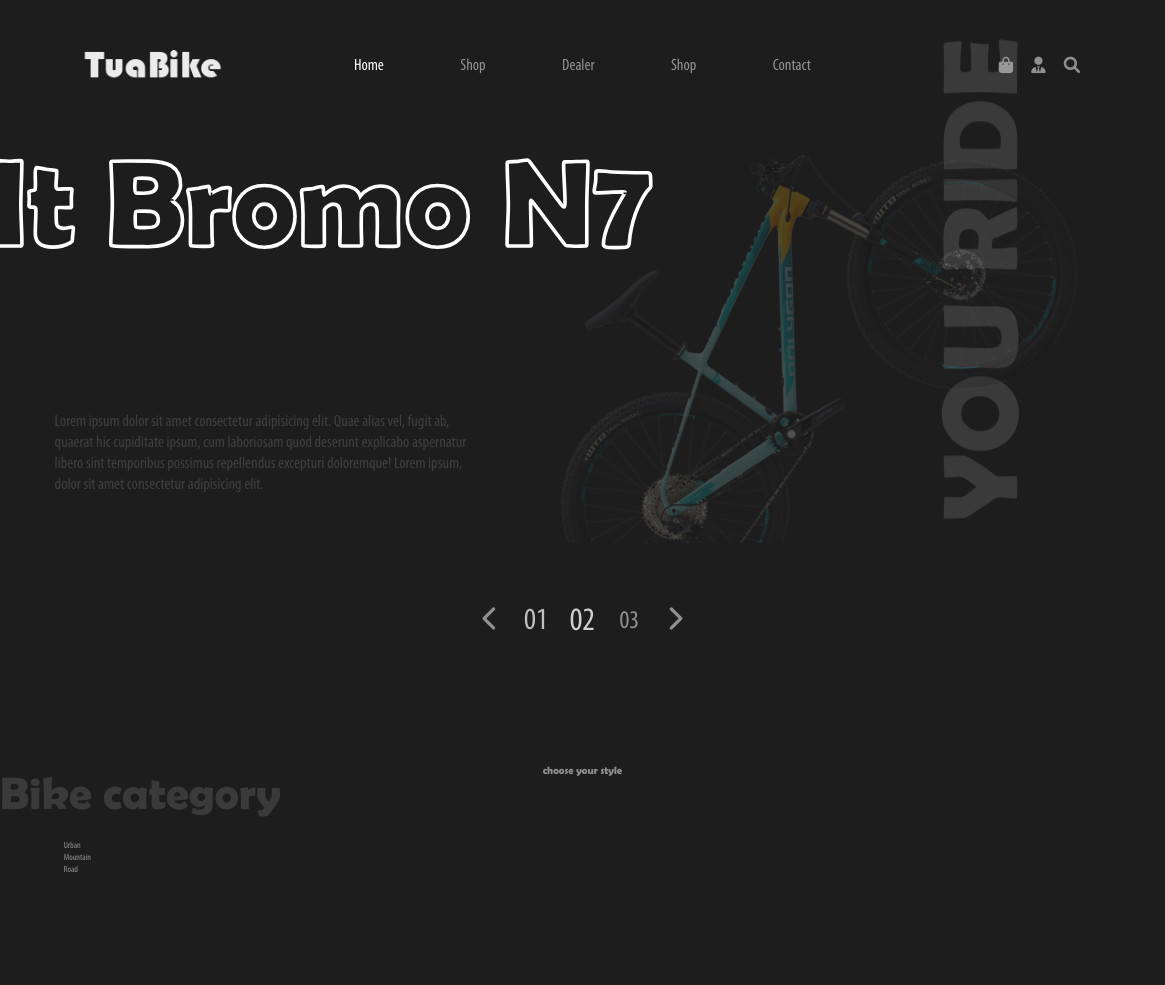
Repository: phamhuuloc/TourBike
Page: index.html
The author's editor kept a copy of each file at every save. The page is drawn from the files as they stood at one save, then again after a run of saves.
The browser window is 1280 px wide. The pictures show the whole page, at 91% of full size.

Above is the page before, as saved 2021-11-06 09:44:19.

### index.html
<!DOCTYPE html>
<html lang="en">
  <head>
    <meta charset="UTF-8" />
    <meta http-equiv="X-UA-Compatible" content="IE=edge" />
    <meta name="viewport" content="width=device-width, initial-scale=1.0" />
    <title>Tour Bike</title>
    <!--  font awesome -->
    <link
      rel="stylesheet"
      href="https://cdnjs.cloudflare.com/ajax/libs/font-awesome/6.0.0-beta2/css/all.min.css"
      integrity="sha512-YWzhKL2whUzgiheMoBFwW8CKV4qpHQAEuvilg9FAn5VJUDwKZZxkJNuGM4XkWuk94WCrrwslk8yWNGmY1EduTA=="
      crossorigin="anonymous"
      referrerpolicy="no-referrer"
    />
    <!-- css -->
    <link rel="stylesheet" href="" />
    <link rel="stylesheet" href="./assets/css/main.css" />
  </head>
  <body>
    <!-- Header -->
    <header>
      <!-- logo -->
      <a href="" class="logo">
        <img src="./assets/images/TuaBike.png" alt="" />
      </a>
      <!-- menu -->
      <div class="main-menu-wrapper">
        <ul class="main-menu">
          <li class=""><a href="" class="active">home</a></li>
          <li><a href="">shop</a></li>
          <li><a href="">dealer</a></li>
          <li><a href="">shop</a></li>
          <li><a href="">contact</a></li>
        </ul>
      </div>
      <ul class="user-menu">
        <li>
          <a href="#"><i class="fas fa-shopping-bag"></i></a>
        </li>
        <li>
          <a href="#"><i class="fas fa-user-tie"></i></a>
        </li>
        <li>
          <a href=""><i class="fas fa-search"></i></a>
        </li>
      </ul>
    </header>
    <!-- banner -->
    <section class="banner">
      <div class="slide-container" id="slide">
        <!-- slide item -->
        <div class="slide-item">
          <!-- heading -->
          <div class="slide-heading">
            <!-- title -->
            <h2 class="slide-title">Polygon siskiu</h2>
            <!-- desc -->
            <p class="slide-desc">
              Lorem ipsum dolor sit amet consectetur adipisicing elit. Quae
              alias vel, fugit ab, quaerat hic cupiditate ipsum, cum laboriosam
              quod deserunt explicabo aspernatur libero sint temporibus possimus
              repellendus excepturi doloremque! Lorem ipsum, dolor sit amet
              consectetur adipisicing elit.
            </p>
            <!-- btn -->
            <div class="slide-btn">
              <a href="" class="slide-btn-link">By now</a>
            </div>
          </div>
          <!-- img -->
          <div class="slide-img">
            <img src="./assets/images/MTBROMO_N7_2022.png" alt="" />
          </div>
        </div>
        <!-- slide item -->
        <div class="slide-item">
          <!-- heading -->
          <div class="slide-heading">
            <!-- title -->
            <h2 class="slide-title">mt bromo n7</h2>
            <!-- desc -->
            <p class="slide-desc">
              Lorem ipsum dolor sit amet consectetur adipisicing elit. Quae
              alias vel, fugit ab, quaerat hic cupiditate ipsum, cum laboriosam
              quod deserunt explicabo aspernatur libero sint temporibus possimus
              repellendus excepturi doloremque! Lorem ipsum, dolor sit amet
              consectetur adipisicing elit.
            </p>
            <!-- btn -->
            <div class="slide-btn">
              <a href="" class="slide-btn-link">By now</a>
            </div>
          </div>
          <!-- img -->
          <div class="slide-img">
            <img src="./assets/images/6489548.png" alt="" />
          </div>
        </div>
        <!-- slide item -->
        <div class="slide-item">
          <!-- heading -->
          <div class="slide-heading">
            <!-- title -->
            <h2 class="slide-title">cascade mount</h2>
            <!-- desc -->
            <p class="slide-desc">
              Lorem ipsum dolor sit amet consectetur adipisicing elit. Quae
              alias vel, fugit ab, quaerat hic cupiditate ipsum, cum laboriosam
              quod deserunt explicabo aspernatur libero sint temporibus possimus
              repellendus excepturi doloremque! Lorem ipsum, dolor sit amet
              consectetur adipisicing elit.
            </p>
            <!-- btn -->
            <div class="slide-btn">
              <a href="" class="slide-btn-link">By now</a>
            </div>
          </div>
          <!-- img -->
          <div class="slide-img">
            <img src="./assets/images/b1.png" alt="" />
          </div>
        </div>
        <!-- background tittle -->
        <div class="slide-txt">you ride</div>
        <!-- slide control -->
        <ul class="slide-control">
          <li class="slide-prev"><i class="fas fa-chevron-left"></i></li>
          <li class="slide-control-item active">01</li>
          <li class="slide-control-item">02</li>
          <li class="slide-control-item">03</li>
          <li class="slide-next"><i class="fas fa-chevron-right"></i></li>
        </ul>
      </div>
    </section>
    <!-- category section -->
    <section class="section">
      <div class="section-title">
        <h3 class="second-title">Bike category</h3>
        <h3 class="main-title">choose your style</h3>
      </div>
      <div class="section-container">
        <div class="row">
          <div class="col-4">
            <div class="category-img">
              <div
                class="category-img-inner"
                style="
                  background-image: url(./assets/images/alvan-nee-EHILKZNmTuA-unsplash.jpg);
                "
              ></div>
              <div class="category-title">Urban</div>
            </div>
          </div>
          <div class="col-4">
            <div class="category-img">
              <div
                class="category-img-inner"
                style="
                  background-image: url(./assets/images/eberhard-grossgasteiger-8lDkmXnKo7s-unsplash.jpg);
                "
              ></div>
              <div class="category-title">Mountain</div>
            </div>
          </div>
          <div class="col-4">
            <div class="category-img">
              <div
                class="category-img-inner"
                style="
                  background-image: url(./assets/images/tom-austin-3L76b-LMyeI-unsplash.jpg);
                "
              ></div>
              <div class="category-title">Road</div>
            </div>
          </div>
        </div>
      </div>
    </section>
    <script src="./assets/js/main.js"></script>
  </body>
</html>

### assets/css/main.css
@font-face {
  font-family: MyriadProCondensed;
  src: url(../fonts/MyriadProCondensed/MyriadProCondensed.ttf);
}
@font-face {
  font-family: BerlinSansFBDemiBold;
  src: url(../fonts/BerlinSansFBDemiBold/BerlinSansFBDemiBold.ttf);
}
:root {
  --main-color: #1d1d1d;
  --second-color: #3a3a3a;
  --text-color: #bbbb;
  --text-white: #fff;

  --header-height: 144px;
  --header-padding: 93px;
}
* {
  padding: 0;
  margin: 0;
  box-sizing: border-box;
  user-select: none;
}
html {
  font-size: 62.5%;
  scroll-behavior: smooth;
}
ul {
  list-style: none;
}
a {
  text-decoration: none;
  color: var(--text-color);
}
img {
  max-width: 100%;
}
body {
  background-color: var(--main-color);
  color: var(--text-color);
  font-family: MyriadProCondensed, sans-serif;
  overflow-x: hidden;
}
/* header */
header {
  position: fixed;
  top: 0;
  left: 0;
  z-index: 99;
  width: 100%;
  height: var(--header-height);
  background-color: transparent;
  display: flex;
  align-items: center;
  justify-content: space-between;
  padding: 0 var(--header-padding);
  transition: height 0.3s ease;
}
header.shrink {
  height: 6rem;
  background-color: var(--second-color);
}
.main-menu-wrapper {
  position: absolute;
  inset: 0;
  display: flex;
  align-items: center;
  justify-content: center;
  pointer-events: none;
}
.main-menu {
  display: flex;
  pointer-events: visible;
}
.main-menu > li > a {
  text-transform: capitalize;
  font-size: 1.8rem;
  color: var(--text-color);
  transform: all 0.3s ease;
}
.main-menu > li > a.active {
  color: var(--text-white);
}
.main-menu > li ~ li {
  margin-left: 84px;
}
.main-menu > li > a:hover,
.user-menu > li > a:hover {
  transition: all 0.3s ease;
  color: var(--text-white);
}
.user-menu {
  display: flex;
  align-items: center;
  justify-content: center;
}
.user-menu > li > a > i {
  font-size: 1.8rem;
}
.user-menu > li ~ li {
  margin-left: 2rem;
}
/* banner */
.banner {
  position: relative;
  height: 100vh;
  padding-top: var(--header-height);
}
.slide-item {
  display: flex;
  height: 0;
  overflow: hidden;
}
.slide-item.active {
  height: 100%;
}
.slide-img {
  width: 58%;
  padding-right: 8rem;
  padding-top: 4rem;
  z-index: 1;
}
.slide-img img {
  width: 100%;
  transform: rotate(-70deg);
  opacity: 0;
  transition: transform 1s cubic-bezier(0.175, 0.885, 0.32, 1.275),
    opacity 0.6s ease 0s;
}
.slide-item.active .slide-img img {
  transform: rotate(0);
  opacity: 1;
}
.slide-heading {
  width: 42%;
  padding-left: 6rem;
}
.slide-title {
  width: max-content;
  font-size: 13.6rem;
  text-transform: capitalize;
  font-family: BerlinSansFBDemiBold;
  color: var(--text-white);
  -webkit-text-fill-color: transparent;
  -webkit-text-stroke-width: 4px;
  transform: translateX(-200px);
  transition: all 0.5s ease;
}
.slide-item.active .slide-title {
  transform: translateX(0);
}

.slide-desc,
.slide-btn {
  margin-top: 8.4rem;
}

.slide-desc {
  font-size: 1.8rem;
  transition: 0.3s;
}

.slide-btn {
  display: inline-block;
}
.slide-btn-link {
  font-size: 2rem;
  font-weight: 700;
  padding: 10px 50px;
  background-color: white;
  color: var(--main-color);
  cursor: pointer;
  text-transform: uppercase;
  transition: all 0.3s ease 0s;
}
.slide-item.active .slide-btn:hover {
  transition: all 0.2s ease;
  transform: translateY(-10px);
}
.slide-desc,
.slide-btn {
  transform: translateY(100px);
  opacity: 0;
  transition: transform 0.5s ease, opacity 0.5s ease;
}
.slide-btn {
  transition-delay: 0.2s;
}
.slide-item.active .slide-desc,
.slide-item.active .slide-btn {
  transform: translateY(0);
  opacity: 1;
}
.slide-txt {
  position: absolute;
  top: 240px;
  right: -60px;
  transform: rotate(-90deg);
  font-size: 11.75rem;
  font-family: BerlinSansFBDemiBold;
  color: var(--second-color);
  text-transform: uppercase;
}
.slide-control {
  position: absolute;
  left: 50%;
  bottom: 20px;
  transform: translateX(-50%);
  display: flex;
  align-items: center;
  justify-content: center;
}

.slide-control > li {
  font-size: 2.8rem;
  cursor: pointer;
  transition: all 0.3s ease;
}
.slide-control > li.active {
  transform: scale(1.5);
  color: var(--text-white);
}
.slide-control > li:hover {
  color: var(--text-white);
}
.slide-control > li ~ li {
  margin-left: 3rem;
}
/* section */
.section {
  padding: 12rem 0;
}
.section-container {
  padding: 7rem 7rem 0;
}
.section-title {
  font-family: BerlinSansFBDemiBold;
  text-align: center;
  position: relative;
}
.second-title > h3 {
  text-transform: uppercase;
}
.second-title {
  font-size: 5rem;
  color: var(--second-color);
  position: absolute;
  top: 24%;
  bottom: 40%;
  z-index: -1;
}

### assets/js/main.js
let banner_slide = document.querySelector("#slide");
let banner_slide_items = banner_slide.querySelectorAll(".slide-item");
let banner_slide_index = 0;
let banner_slide_play = true;
let banner_slide_control_items = banner_slide.querySelectorAll(
  ".slide-control-item"
);
let slide_prev = banner_slide.querySelector(".slide-prev");
let slide_next = banner_slide.querySelector(".slide-next");

showSlide = (index) => {
  banner_slide.querySelector(".slide-item.active").classList.remove("active");
  banner_slide_items[index].classList.add("active");

  banner_slide
    .querySelector(".slide-control-item.active")
    .classList.remove("active");
  banner_slide_control_items[index].classList.add("active");
};
nextSlide = () => {
  banner_slide_index =
    banner_slide_index + 1 === banner_slide_items.length
      ? 0
      : banner_slide_index + 1;
  showSlide(banner_slide_index);
};
prevSlide = () => {
  banner_slide_index =
    banner_slide_index - 1 < 0
      ? banner_slide_items.length - 1
      : banner_slide_index - 1;
  showSlide(banner_slide_index);
};
slide_next.addEventListener("click", () => nextSlide());
slide_prev.addEventListener("click", () => prevSlide());
// add event to slide select
banner_slide_control_items.forEach((item, index) => {
  item.addEventListener("click", () => showSlide(index));
});
// pause slide when mouse come in slider
banner_slide.addEventListener("mouseover", () => (banner_slide_play = false));
// resume slide  when mouse log out slider
banner_slide.addEventListener("mouseleave", () => (banner_slide_play = true));
setTimeout(() => {
  banner_slide_items[0].classList.add("active");
}, 200);

// auto next slide
setInterval(() => {
  if (!banner_slide_play) return;
  nextSlide();
}, 5000);

After the next 2 saves:
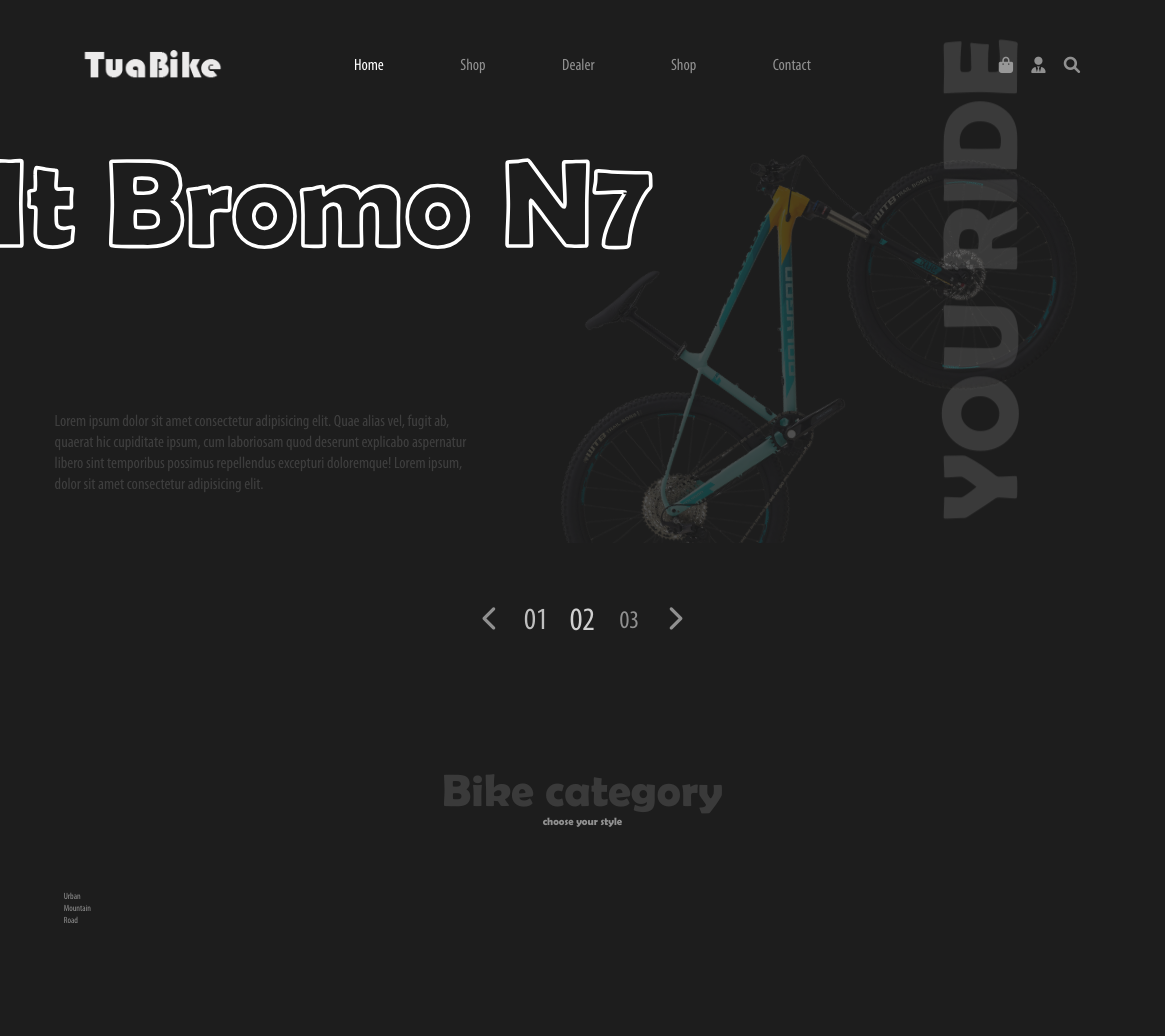
The 2 saves are shown as one change because they came seconds apart.
The last was saved 94 s later.
--- a/assets/css/main.css
+++ b/assets/css/main.css
@@ -244,8 +244,8 @@
 .second-title {
   font-size: 5rem;
   color: var(--second-color);
-  position: absolute;
-  top: 24%;
+  /* position: absolute; */
+  /* top: 24%;
   bottom: 40%;
-  z-index: -1;
-}
+  z-index: -1; */
+}
